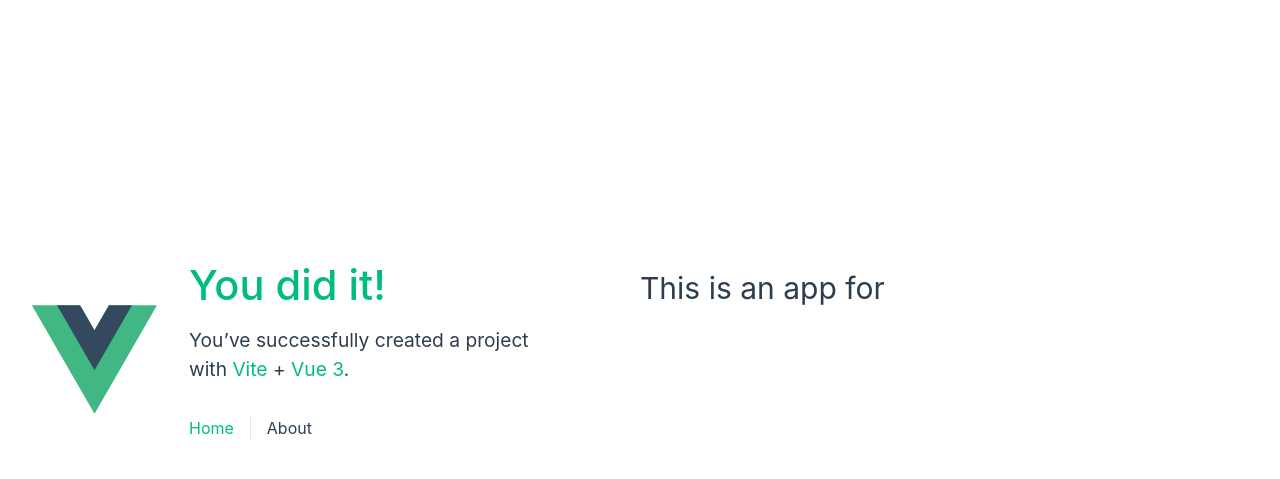
Repository: rrakibul/QuranQuoteVue3
Page: /about
An editor plug-in stored every save of this project. The page is shown before and after a run of saves, followed by the edit.
The browser window is 1280 px wide. The pictures show the whole page.
The project was rebuilt for these pictures with package versions that can differ from the ones it lists, and the page was loaded fresh each time. Also part of the build but not shown: vite.config.js, src/components/WelcomeItem.vue, src/components/icons/IconDocumentation.vue, src/components/icons/IconTooling.vue, src/components/icons/IconEcosystem.vue, src/components/icons/IconCommunity.vue, src/components/icons/IconSupport.vue, src/components/TheWelcome.vue and 1 more.

Above is the page before, as saved 2023-06-18 08:50:12.

After the next 4 saves:
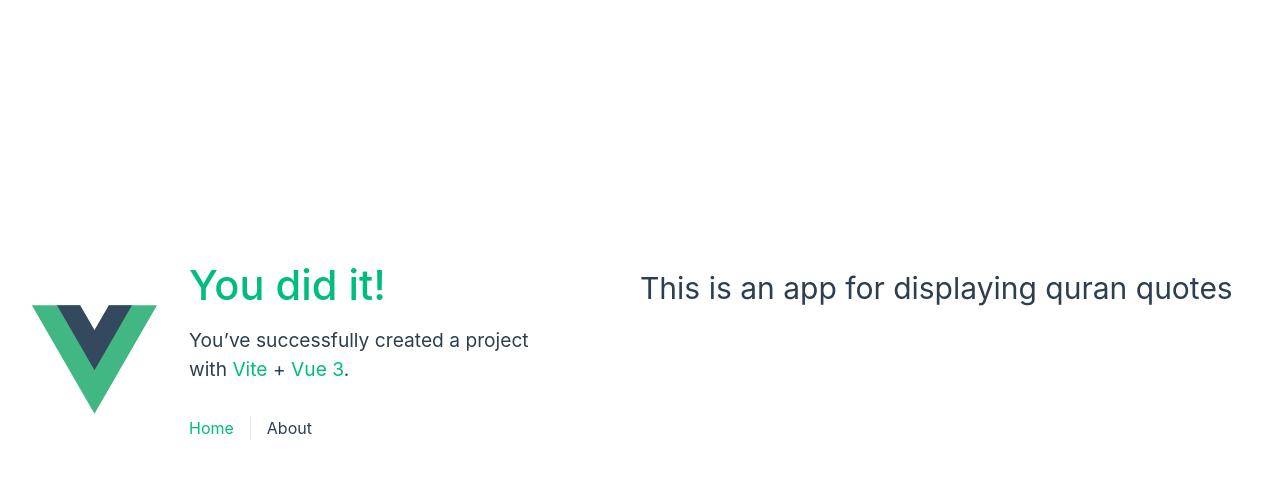
The 4 saves are shown as one change because they came seconds apart.
The last was saved 13 s later.
--- a/src/views/AboutView.vue
+++ b/src/views/AboutView.vue
@@ -1,6 +1,6 @@
 <template>
   <div class="about">
-    <h1>This is an app for </h1>
+    <h1>This is an app for displaying quran quotes</h1>
   </div>
 </template>
 
